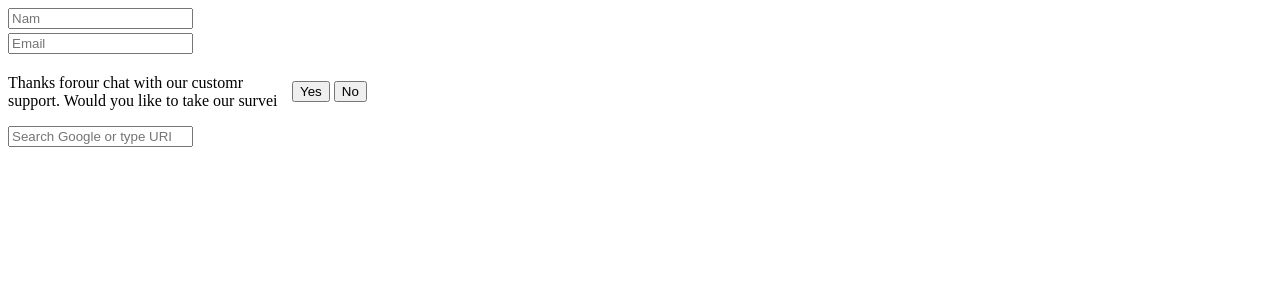
Repository: RagulRanjeeth/Frontend
Page: Exercises/ExerciseDisplai.html
These files come from the project's save history. The page is drawn as it stood at one moment and after the next save; the edit follows.
The browser window is 1280 px wide. The pictures show the whole page.

Above is the page before, as saved 2026-01-22 15:06:36.

### Exercises/ExerciseDisplai.html
<!DOCTYPE html>
<html>
    <head>
        <title>
            Display Exercises
        </title>

        <style>
            input{
                display: block;
                margin-top: 0px;
                margin-bottom: 4px;
            }

            .SurveiReport{
                font-family:'Times New Roman';
                width: 280px;
                display: inline-block;
                vertical-align: middle;
            }

            button{
                    display: inline-block;
            }

            GSearch{
                padding-top: 20px;
                padding-bottom: 20px;
                padding-left: 4px;
                font-size: 30px;
            }
        </style>

    </head>
    <body>
        <input placeholder="Nam" type="Text" placeholder="Name">
        <input  placeholder="Email" type="Text">

        <p class="SurveiReport">Thanks forour chat with our customr support. Would you like to take our survei</p>

        <button>Yes</button>
        <button>No</button>

        <input class="GSearch"placeholder="Search Google or type URI " type="Text">
        </body>
</html>

After the next save:
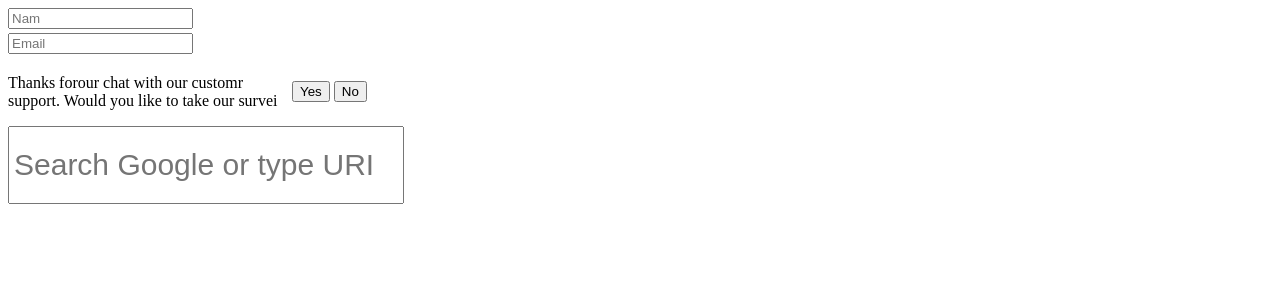
Saved 11 s later.
--- a/Exercises/ExerciseDisplai.html
+++ b/Exercises/ExerciseDisplai.html
@@ -23,7 +23,7 @@
                     display: inline-block;
             }
 
-            GSearch{
+           .GSearch{
                 padding-top: 20px;
                 padding-bottom: 20px;
                 padding-left: 4px;
